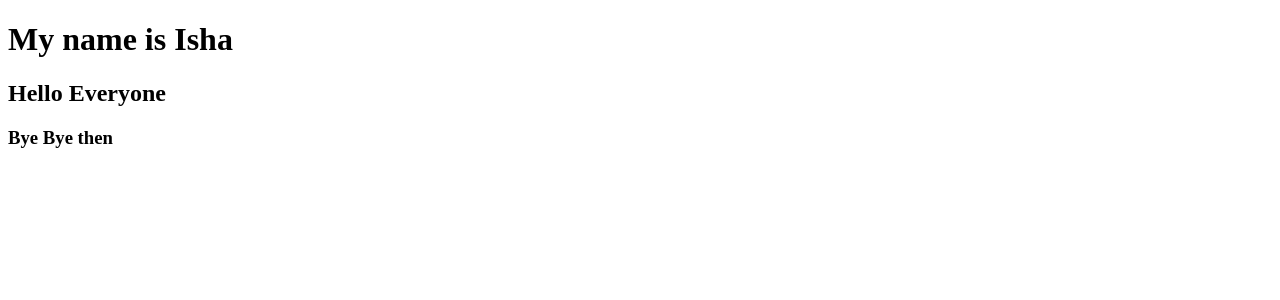
Repository: IshaSwaroop1/MavenWeb
Page: FirstProject/src/main/webapp/index.html
An editor plug-in stored every save of this project. The page is shown before and after the next save, followed by the edit.
The browser window is 1280 px wide. The pictures show the whole page.

Above is the page before, as saved 2022-07-29 09:44:20.

After the next save:
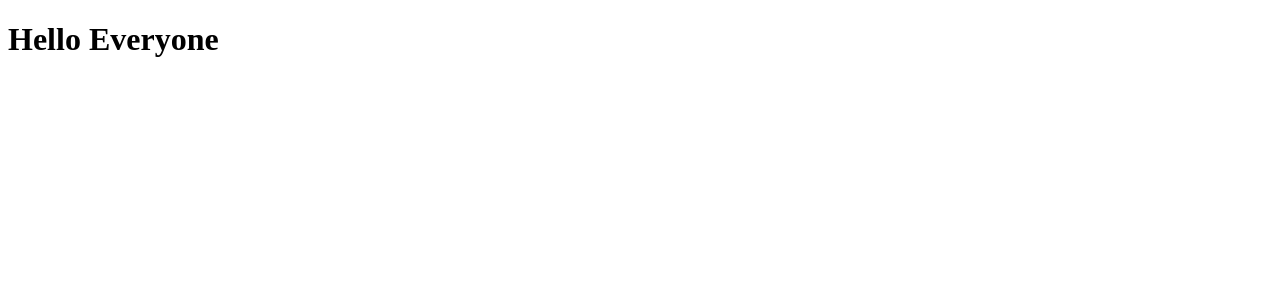
Saved 44 s later.
--- a/FirstProject/src/main/webapp/index.html
+++ b/FirstProject/src/main/webapp/index.html
@@ -5,8 +5,7 @@
 <title>Insert title here</title>
 </head>
 <body>
-<h1>My name is Isha</h1>
-<h2> Hello Everyone</h2>
-<h3>Bye Bye then</h3>
+<h1>Hello Everyone</h1>
+
 </body>
 </html>
